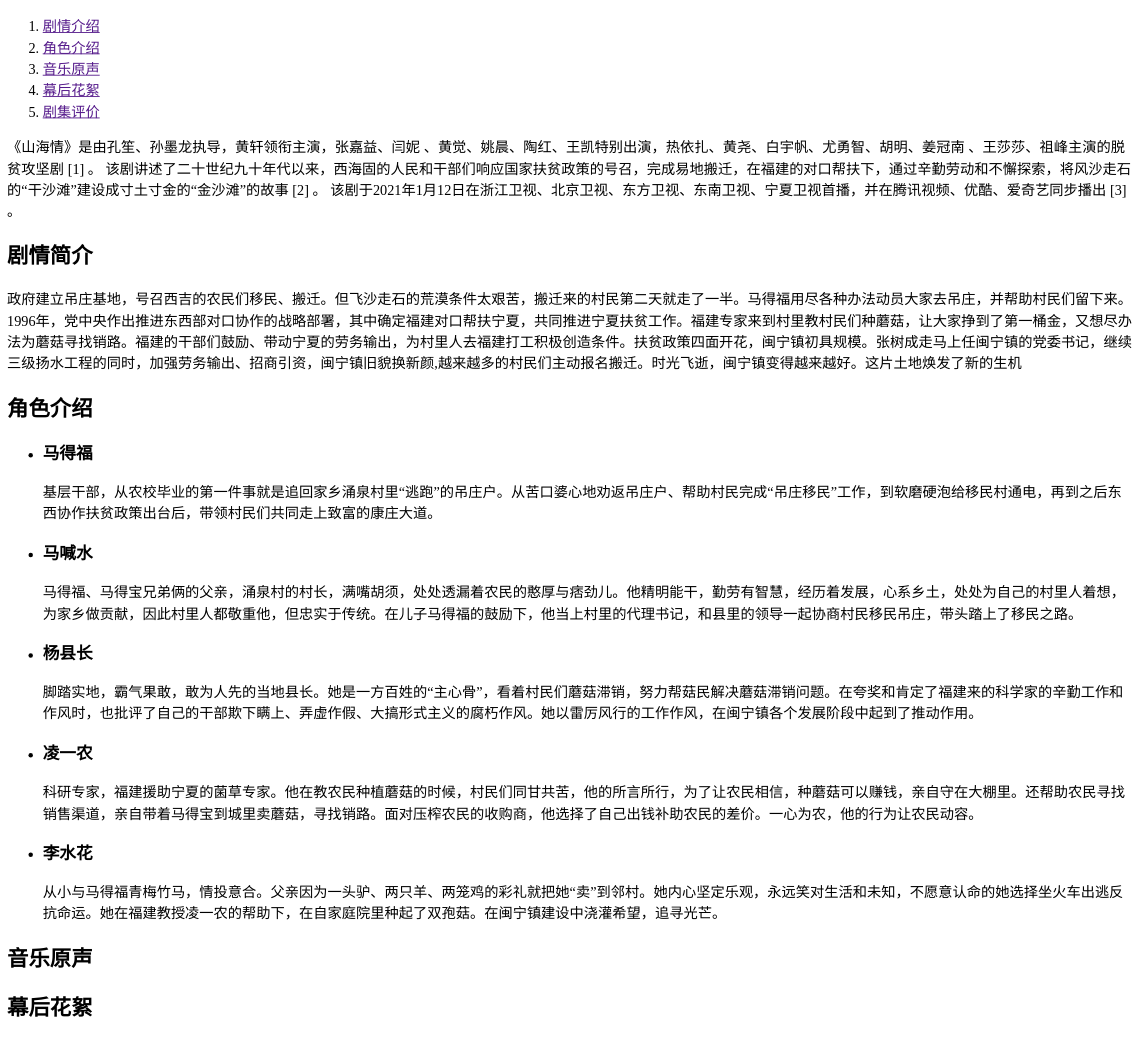
Repository: Lixianlai-2/static-website
Page: index.html
The author's editor kept a copy of each file at every save. The page is drawn from the files as they stood at one save, then again after the next save.
The browser window is 1280 px wide. The pictures show the whole page, at 89% of full size.

Above is the page before, as saved 2021-11-29 23:34:13.

After the next save:
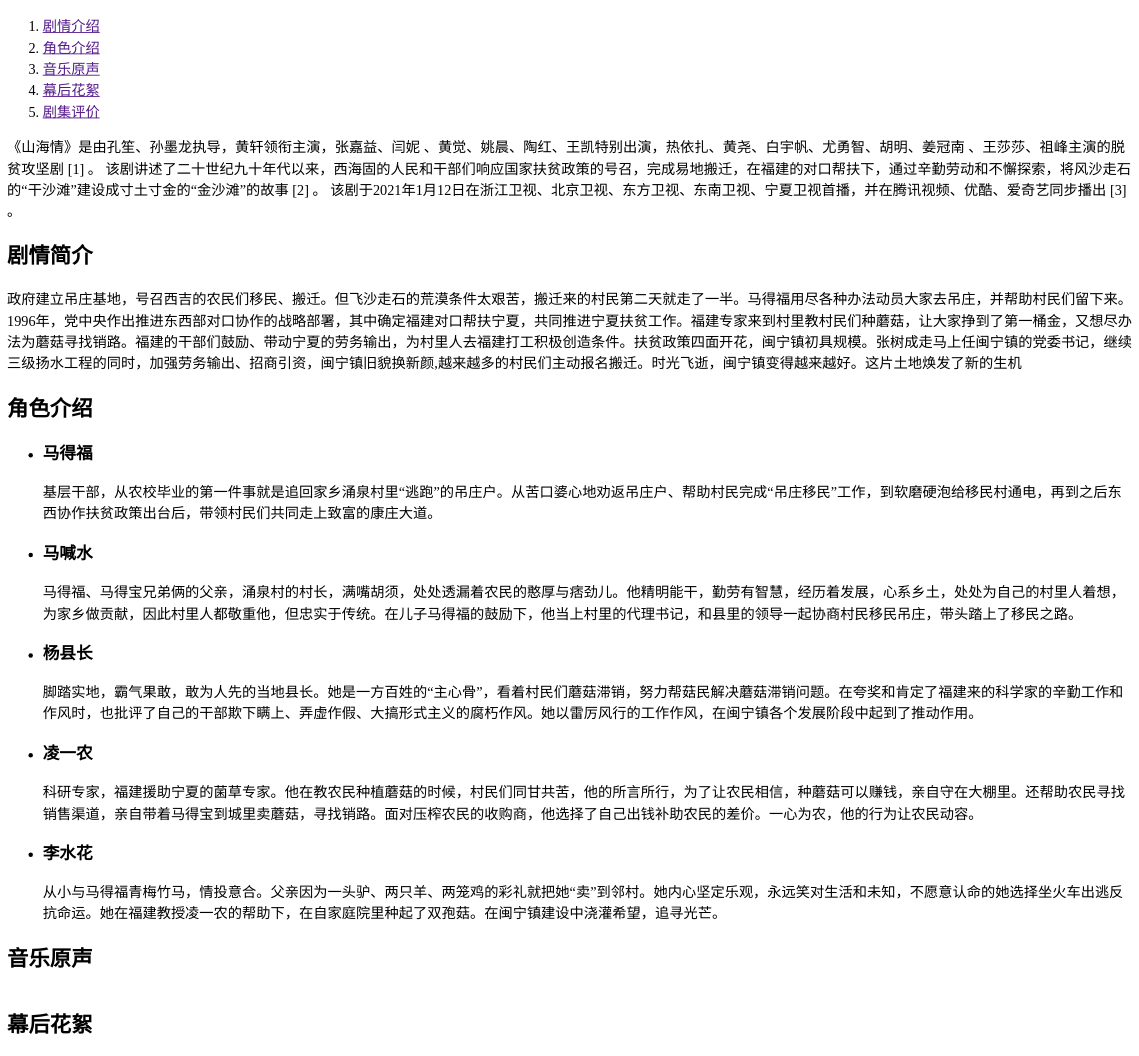
Saved 76 s later.
--- a/index.html
+++ b/index.html
@@ -77,6 +77,9 @@
     </ul>
 
     <h2>音乐原声</h2>
+    <table>
+      <caption></caption>
+    </table>
 
     <h2>幕后花絮</h2>
   </body>
